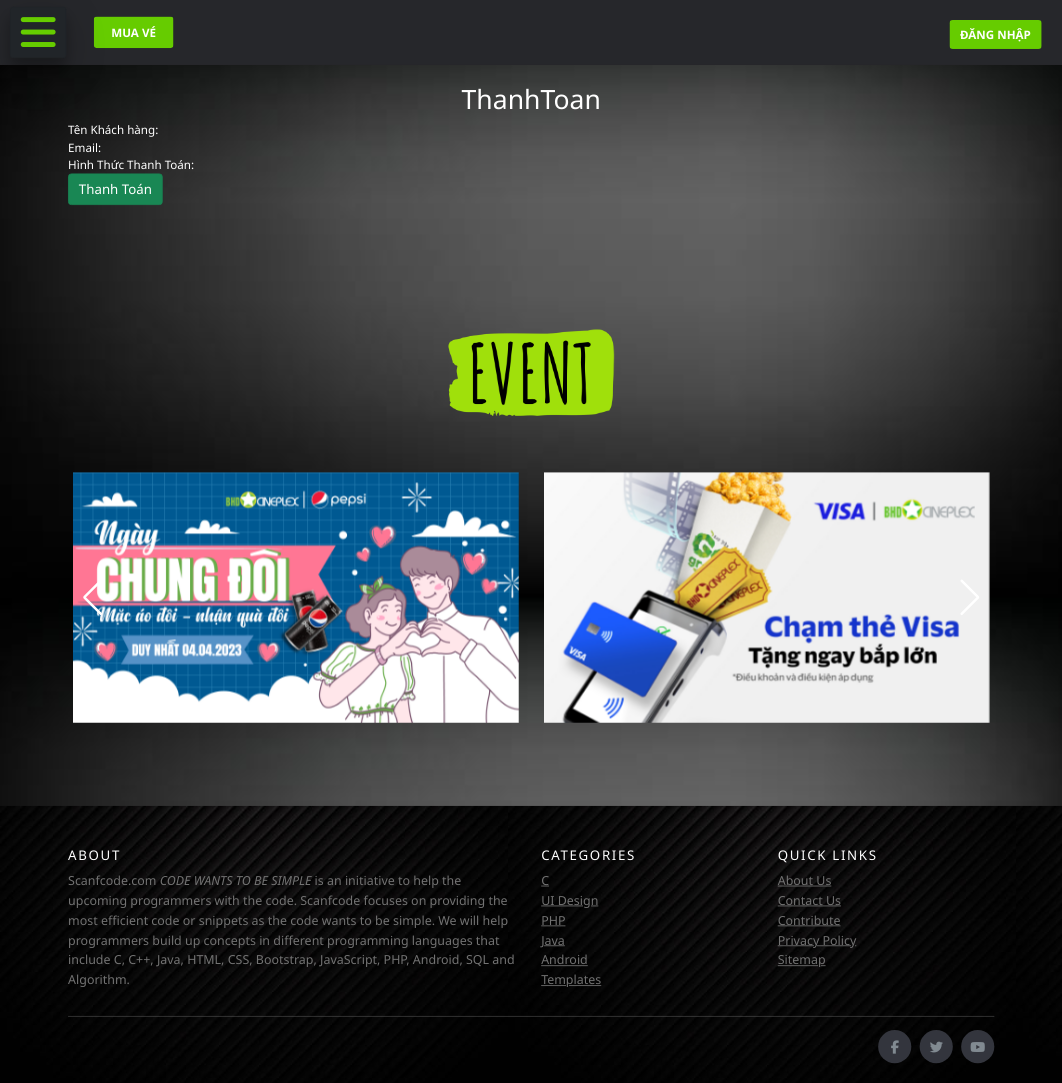
Repository: pngquang/webMovie
Page: http://localhost/Donthanhtoan
An editor plug-in stored every save of this project. The page is shown before and after the next save, followed by the edit.
The browser window is 1280 px wide. The pictures show the whole page, at 83% of full size.
Backgrounds fixed to the window are drawn as part of the page. Some web libraries are served in a nearby version. The page is served by the project's Laravel application, run on PHP 8.4 with Laravel 10. Other server files are loaded and not shown.

Above is the page before, as saved 2023-04-26 10:50:43.

### routes/web.php
<?php

use App\Http\Controllers\MovieController;
use App\Http\Controllers\AdminController;
use App\Http\Controllers\UserController;
use App\Http\Controllers\CategoryController;
use App\Http\Controllers\LoginController;
use App\Http\Controllers\ChairController;
use App\Http\Controllers\PhimController;
use App\Http\Controllers\RapController;
use App\Http\Controllers\SuatChieuController;
use App\Http\Controllers\RoomController;
use App\Http\Controllers\TicketController;
use App\Http\Controllers\DatVeController;
use Illuminate\Support\Facades\Route;

/*
|--------------------------------------------------------------------------
| Web Routes
|--------------------------------------------------------------------------
|
| Here is where you can register web routes for your application. These
| routes are loaded by the RouteServiceProvider and all of them will
| be assigned to the "web" middleware group. Make something great!
|
*/

Route::get('/', function () {
    return view('index');
});
//page
Route::get('/', [MovieController::class, 'index'])->name('index');
Route::get('/movie/{id}', [MovieController::class, 'movie'])->name('movie');



Route::get('/dangky', function () {
    return view('register');
})->name('dangky');
Route::post('/register', [UserController::class, 'register']);
Route::get('/insert-User', [UserController::class, 'insert_User']);

//admin
Route::get('/movieAdmin', function () {
    return view('movieAdmin');
})->name('movieAdmin');
Route::get('/admin', [AdminController::class, 'index']);
Route::get('/dashboard', [AdminController::class, 'show_dashboard']);
Route::get('/logout', [AdminController::class, 'logout']);
Route::post('/movieAdmin', [AdminController::class, 'dashboard']);

Route::get('/movieAddCategory', function () {
    return view('movieAddCategory');
})->name('movieAddCategory');
Route::get('/movieCategory', function () {
    return view('movieCategory');
})->name('movieCategory');
Route::get('/movieTicket', function () {
    return view('movieTicket');
})->name('movieTicket');
Route::get('/movieAddTicket', function () {
    return view('movieAddTicket');
})->name('movieAddTicket');
Route::get('/chair', function () {
    return view('chair');
})->name('chair');
Route::get('/movieAddTicket', function () {
    return view('movieAddTicket');
})->name('movieAddTicket');
Route::get('/movieLoginAdmin', function () {
    return view('movieLoginAdmin');
})->name('movieLoginAdmin');
Route::get('/suatchieu', function () {
    return view('suatchieu');
})->name('suatchieu');
Route::get('/rap', function () {
    return view('rap');
})->name('rap');
Route::get('/donDatVe', function () {
    return view('donDatVe');
})->name('donDatVe');
Route::get('/Donthanhtoan', function () {
    return view('Donthanhtoan');
})->name('Donthanhtoan');

//User
Route::get('/movieUser', [UserController::class, 'all_User'])->name('movieUser');
Route::get('/add-User', [UserController::class, 'add_User']);
Route::get('/edit-User/{IDKH}', [UserController::class, 'edit_User']);
Route::get('/delete-User/{IDKH}', [UserController::class, 'delete_User']);
Route::get('/all-User', [UserController::class, 'all_User']);
Route::post('/save-User', [UserController::class, 'save_User']);
Route::post('/update-User', [UserController::class, 'update_User']);
//Category
Route::get('/movieCategory', [CategoryController::class, 'all_Category'])->name('movieCategory');
Route::get('/add-Category', [CategoryController::class, 'add_Category']);
Route::get('/all-Category', [CategoryController::class, 'all_Category']);
Route::post('/save-Category', [CategoryController::class, 'save_Category']);
Route::get('/edit-Category/{IDTheLoai}', [CategoryController::class, 'edit_Category']);
Route::get('/delete-Category/{IDTheLoai}', [CategoryController::class, 'delete_Category']);
Route::post('/update-Category', [CategoryController::class, 'update_Category']);

//Login
Route::get('/trang-chu', [LoginController::class, 'trang_chu']);
Route::post('/index', [LoginController::class, 'dang_nhap']);
Route::get('/logout', [LoginController::class, 'logout']);
//Movie
Route::get('/movieMovie', [PhimController::class, 'all_Movie'])->name('movieMovie');
Route::get('/add-Movie', [PhimController::class, 'add_Movie']);
Route::get('/all-Movie', [PhimController::class, 'all_Movie']);
Route::post('/save-Movie', [PhimController::class, 'save_Movie']);
 //datve
Route::get('/ticket/{idd}', [DatVeController::class, 'ticket'])->name('ticket');
Route::post('/dondatve', [DatVeController::class, 'dondatve']);
Route::get('/add-donDatVe', [DatVeController::class, 'add_donDatVe']);
Route::get('/all-donDatVe', [DatVeController::class, 'all_donDatVe']);
Route::post('/save-donDatVe', [DatVeController::class, 'save_donDatVe']);
//Chair
Route::get('/chair', [ChairController::class, 'all_Chair'])->name('chair');
Route::get('/add-Chair', [ChairController::class, 'add_Chair']);
Route::get('/all-Chair', [ChairController::class, 'all_Chair']);
Route::post('/save-Chair', [ChairController::class, 'save_Chair']);
Route::get('/delete-Chair/{IDGhe}', [ChairController::class, 'delete_Chair']);
//Rạp
Route::get('/rap', [RapController::class, 'all_Rap'])->name('rap');
Route::get('/add-Rap', [RapController::class, 'add_Rap']);
Route::get('/all-Rap', [RapController::class, 'all_Rap']);
Route::post('/save-Rap', [RapController::class, 'save_Rap']);
//suatchieu
Route::get('/suatchieu', [SuatChieuController::class, 'all_SuatChieu'])->name('suatchieu');
Route::get('/add-SuatChieu', [SuatChieuController::class, 'add_SuatChieu']);
Route::get('/all-SuatChieu', [SuatChieuController::class, 'all_SuatChieu']);
Route::post('/save-SuatChieu', [SuatChieuController::class, 'save_SuatChieu']);
Route::get('/edit-SuatChieu/{IDSuatChieu}', [SuatChieuController::class, 'edit_SuatChieu']);
Route::get('/delete-SuatChieu/{IDSuatChieu}', [SuatChieuController::class, 'delete_SuatChieu']);
Route::post('/update-SuatChieu', [SuatChieuController::class, 'update_SuatChieu']);
//room
Route::get('/movieRoom', [RoomController::class, 'all_Room'])->name('movieRoom');
Route::get('/add-Room', [RoomController::class, 'add_Room']);
Route::get('/all-Room', [RoomController::class, 'all_Room']);
Route::post('/save-Room', [RoomController::class, 'save_Room']);
Route::get('/edit-Room/{IDPhongChieu}', [RoomController::class, 'edit_Room']);
Route::get('/delete-Room/{IDPhongChieu}', [RoomController::class, 'delete_Room']);
Route::post('/update-Room', [RoomController::class, 'update_Room']);
//ticket
Route::get('/movieTicket', [TicketController::class, 'all_Ticket'])->name('movieTicket');
Route::get('/add-Ticket', [TicketController::class, 'add_Ticket']);
Route::get('/all-Ticket', [TicketController::class, 'all_Ticket']);
Route::post('/save-Ticket', [TicketController::class, 'save_Ticket']);

### resources/views/Donthanhtoan.blade.php
<!DOCTYPE html>
<html lang="en">

<head>
    <meta charset="UTF-8">
    <meta name="viewport" content="width=device-width, initial-scale=1.0">
    <meta http-equiv="X-UA-Compatible" content="ie=edge">
    <title>Cinema</title>
    @include('cdn')
</head>

<body>
    <header>
        <x-navbar />
    </header>
    <div class="container" style="padding-top: 100px;padding-bottom: 100px">
        <div class="panel panel-primary">
            <div class="panel-heading">
                <h2 class="text-center">ThanhToan</h2>
            </div>
            <div class="panel-body">
                <form method="post" action="{{URL::to('index')}}" enctype="multipart/form-data">
                    @csrf
                    <div class="form-group">
                        <label for="name">Tên Khách hàng:</label>
                        <div class="movie-name" name="TenPhim">
                        </div>
                    </div>
                    <div class="form-group">
                        <label for="name">Email:
                        </label>
                        <div class="TenTheLoai" name="TenTheLoai">
                        </div>
                    </div>
                    <div class="form-group">
                        <label for="name">Hình Thức Thanh Toán:
                        </label>
                        <div class="TenTheLoai" name="TenTheLoai">

                        </div>
                    </div>
                    <button class="btn btn-success">Thanh Toán</button>
                </form>
            </div>
        </div>
    </div>
    <x-event />
    <x-footer />
</body>

</html>

### resources/views/cdn.blade.php
<!-- BOOTSTRAP 5  -->
<link href="https://cdn.jsdelivr.net/npm/bootstrap@5.0.2/dist/css/bootstrap.min.css" rel="stylesheet"
    integrity="sha384-EVSTQN3/azprG1Anm3QDgpJLIm9Nao0Yz1ztcQTwFspd3yD65VohhpuuCOmLASjC" crossorigin="anonymous">
<script src="https://cdn.jsdelivr.net/npm/@popperjs/core@2.9.2/dist/umd/popper.min.js"
    integrity="sha384-IQsoLXl5PILFhosVNubq5LC7Qb9DXgDA9i+tQ8Zj3iwWAwPtgFTxbJ8NT4GN1R8p" crossorigin="anonymous">
</script>
<script src="https://cdn.jsdelivr.net/npm/bootstrap@5.0.2/dist/js/bootstrap.min.js"
    integrity="sha384-cVKIPhGWiC2Al4u+LWgxfKTRIcfu0JTxR+EQDz/bgldoEyl4H0zUF0QKbrJ0EcQF" crossorigin="anonymous">
</script>


<!-- Font awesome  -->
<script src="https://kit.fontawesome.com/ee39434323.js" crossorigin="anonymous"></script>

<!-- Swiper -->
<script src="https://cdn.jsdelivr.net/npm/swiper@9/swiper-element-bundle.min.js"></script>

<link rel="stylesheet" href="{{ asset('css/index.css') }}">
<link rel="stylesheet" href="{{ asset('css/login.css') }}">

### resources/views/components/navbar.blade.php
<div>
    <!-- Navbar -->
    <nav class="navbar navbar-expand-lg navbar-dark d-none d-lg-block"
        style="z-index: 2000;position: fixed;width: 100%;background-color: #26272b">
        <div class="container-fluid">
            <!-- Navbar brand -->
            <div class="dropdown">
                <button class="btn btn-dark text-light bg-dark" type="button" id="dropdownMenuButton1"
                    data-bs-toggle="dropdown" aria-expanded="false"
                    style="margin-right: 20px;background: black;box-shadow: 0 12px 16px 0 rgba(0,0,0,0.24), 0 17px 50px 0 rgba(0,0,0,0.19);">
                    <i class="fa-sharp fa-solid fa-bars fa-3x" style="color:#66CC00;"></i>
                </button>
                <ul class="dropdown-menu bg-dark" aria-labelledby="dropdownMenuButton1"
                    style="width: 300px;height: 300px;">
                    <li><a class="dropdown-item" href="{{ route('index') }}">TRANG CHỦ</a></li>
                    <li><a class="dropdown-item" href="#">LỊCH CHIẾU</a></li>
                    <li><a class="dropdown-item" href="#">HỆ THỐNG RẠP</a></li>
                    <li><a class="dropdown-item" href="#">KHUYỄN MÃI</a></li>
                    <li><a class="dropdown-item" href="#">TUYỂN DỤNG</a></li>
                    <li><a class="dropdown-item" href="#">VỀ CHÚNG TÔI</a></li>
                </ul>
            </div>
            <div class="collapse navbar-collapse" id="navbarExample01">
                <ul class="navbar-nav me-auto mb-2 mb-lg-0">
                    <li class="nav-item active">
                        <button type="button" class="btn btn-muave" style="background: #66CC00;">
                            <a href="#"
                                style="font-weight: bold;color: white;text-decoration: none;font-size: 14px;padding: 8px;">MUA
                                VÉ</a>
                        </button>
                    </li>
                </ul>
                <ul class="navbar-nav list-inline">
                    {{-- <!-- Icons -->
                    <li class="nav-item">
                        <a class="nav-link" href="#" rel="nofollow" target="_blank">
                            <i class="fab fa-youtube fa-xl"></i>
                        </a>
                    </li>
                    <li class="nav-item">
                        <a class="nav-link" href="#" rel="nofollow" target="_blank">
                            <i class="fab fa-facebook-f fa-xl"></i>
                        </a>
                    </li>
                    <li class="nav-item">
                        <a class="nav-link" href="#" rel="nofollow" target="_blank">
                            <i class="fab fa-twitter fa-xl"></i>
                        </a>
                    </li> --}}
                    <li class="nav-item">
                        <?php
                        $data_admin=Session::get('data_admin');
                        ?>
                        @if($data_admin=="")
                        <!-- Button trigger modal -->
                        <button type="button" class="btn btn-dangnhap" data-bs-toggle="modal"
                            data-bs-target="#ModalForm"
                            style="font-weight: bold;color: white;text-decoration: none;font-size: 14px;padding: 6px 12px;margin-top: 5px;background: #66CC00">
                            ĐĂNG NHẬP
                        </button>
                    </li>
                    @else <li class="nav-item">
                        <a class="nav-link"
                            style="font-weight: bold;color: white;text-decoration: none;font-size: 14px;padding: 6px 12px;margin-top: 5px;background: #66CC00">
                            Xin chào {{$data_admin->TenKH??""}}</a>

                        <a href="{{URL::to('/logout')}}" class="btn btn-dangnhap"
                            ed87dfc7375bcafdd0d6a89d3e233bcbca9d1293 style="font-weight: bold;color: white;text-decoration: none;font-size: 14px;padding: 6px
                                12px;margin-top: 5px;background: #66CC00">
                            ĐĂNG XUẤT
                        </a>
                        @endif
                        <x-login />

                    </li>
                </ul>
            </div>
        </div>
    </nav>
    <!-- Navbar -->
</div>

### resources/views/components/login.blade.php
<div class="modal fade" id="ModalForm" tabindex="-1" aria-labelledby="ModalFormLabel">
    <div class="modal-dialog modal-dialog-centered">
      <div class="modal-content">
        <div class="modal-body">
            <button type="button" class="btn-close btn-close-white" data-bs-dismiss="modal" aria-label="Close"></button>
            <div class="myform bg-dark">
                <h1 class="text-center">Đăng nhập</h1>
                <form action="{{URL::to('/index')}}" id="formlogin" method="post">
                    @csrf
                    <div class="mb-3 mt-4">
                        <label for="exampleInputEmail1" class="form-label">Email</label>
                        <input type="email" name ="Username" class="form-control" id="exampleInputEmail1" aria-describedby="emailHelp">
                    </div>
                    <div class="mb-3">
                        <label for="exampleInputPassword1" class="form-label">Mật khẩu</label>
                        <input type="password" name ="Password" class="form-control" id="exampleInputPassword1">
                    </div>
                    <div class="mb-3" style= "color:red;font-weigh:500px">
                    <?php
                        $message = Session::get('message');
                        if($message){
                            echo $message;
                            Session::put('message',null);
                        }
                        ?>
                    </div>

                    <button type="submit" class="btn btn-light mt-3">Đăng nhập</button>
                    <p>Không phải thành viên? <a href="{{ route('dangky') }}">Đăng ký ngay</a></p>
                </form>
            </div>
        </div>
      </div>
    </div>
</div>

### resources/views/components/event.blade.php
<style>
    .event-title {
        text-align: center;
        align-items: center;
        justify-content: center;
    }

    .swiper-event swiper-slide a img {
        width: 100%;
    }
</style>

<div class="container-fluid" style="width: 90%;padding-bottom: 100px;padding-top: 50px">
    <h3 class="event-title"><img src="{{ asset('images/eventtittle.png') }}" alt=""
            style="width: 200px;margin-bottom: 60px"></h3>
    <div class="swiper-event container">
        <swiper-container class="mySwiper" slides-per-view="2" space-between="30" free-mode="true" navigation="true"
            loop="true" style="--swiper-navigation-color: white;">
            <swiper-slide>
                <a href=""><img src="{{ asset('images/event1.png') }}" alt=""></a>
            </swiper-slide>
            <swiper-slide>
                <a href=""><img src="{{ asset('images/event2.jpg') }}" alt=""></a>
            </swiper-slide>
            <swiper-slide>
                <a href=""><img src="{{ asset('images/event3.png') }}" alt=""></a>
            </swiper-slide>
            <swiper-slide>
                <a href=""><img src="{{ asset('images/event4.png') }}" alt=""></a>
            </swiper-slide>
        </swiper-container>
    </div>
</div>

### public/css/index.css
.navbar .nav-link {
    color: white !important;
}

*/ html,
body {
    position: relative;
    height: 100%;
}

body {
    height: 100%;
    font-family: 'Segoe UI', Tahoma, Geneva, Verdana, sans-serif;
    font-size: 14px;
    color: #000;
    margin: 0;
    padding: 0;
    color: white !important;
    background: url(../images/background.jpg);
    background-repeat: no-repeat;
    background-size: cover;
    background-attachment: fixed;
}

.dropdown-item {
    color: #66CC00 !important;
    font-weight: bold;
    font-size: large;
    padding: 10px;
    padding-left: 40px;
}

nav .dropdown .dropdown-item:hover {
    background-color: black;
}

.nav-item {
    margin-left: 13px;
    margin-right: 13px;
}

.btn-muave:hover,
.btn-dangnhap:hover {
    background-color: #60CC00;
    box-shadow: 0 2px #404040;
    transform: translateY(2px);
}

/* .btn-muave:hover,
.btn-dangnhap:active {
    background-color: #60CC00;
    box-shadow: 0 2px #404040;
    transform: translateY(2px);
} */

.nav {
    justify-content: center;
    align-items: center;
}

.nav-item {
    justify-content: center;
    align-items: center;
}

.nav-link:focus,
.nav-link:hover {
    color: #66CC00;
}

.nav-pills .nav-link.active,
.nav-pills .show>.nav-link {
    color: #fff;
    background-color: #66CC00;
}

.nav-link {
    text-decoration: none;
    color: white;
    font-weight: bold;
    text-align: center;
    font-size: 20px;
}

swiper-container {
    width: 100%;
    height: 100%;
}

swiper-slide {
    text-align: center;
    font-size: 18px;
    display: flex;
    justify-content: center;
    align-items: center;
}

swiper-slide img {
    display: block;
    width: 100%;
    height: 100%;
    object-fit: cover;
    transition: .3s ease-in-out;
}

#pills-tabContent {
    padding-bottom: 60px;
}

.tab-content>.active {
    display: block;
    margin-top: 50px;
}

.product-name {
    font-weight: bold;
    text-decoration: none;
    text-align: center;
    font-size: 20px;
    color: white;
}

.product-name:hover {
    color: #66CC00;
}

.product-slide img:hover {
    transform: scale(1.1);
}

### public/css/login.css
.modal-content {
    width: 80%;
    margin: 0 auto;
  }
  .modal-body {
    padding: 0;
  }
  .btn-close {
    position: absolute;
    right: 0;
    padding: 1em;
  }
  h1 {
    font-size: 2.3em;
    font-weight: bold;
  }
  .myform {
    padding: 2em;
    max-width: 100%;
    color: #fff;
    box-shadow: 0 4px 6px 0 rgba(22, 22, 26, 0.18);
  }
  @media (max-width: 576px) {
    .myform {
      max-width: 90%;
      margin: 0 auto;
    }
  }
  .form-control:focus {
    box-shadow: inset 0 -1px 0 #7e7e7e;
  }
  .form-control {
    background-color: inherit;
    color: #fff;
    padding-left: 0;
    border: 0;
    border-radius: 0;
    border-bottom: 1px solid #fff;
  }
  .myform .btn {
    width: 100%;
    font-weight: 800;
    background-color: #fff;
    border-radius: 0;
    padding: 0.5em 0;
    font-family: 'Segoe UI', Tahoma, Geneva, Verdana, sans-serif;
  }
  .myform .btn:hover {
    background-color: inherit;
    color: #fff;
    border-color: #fff;
  }
  .myform p {
    text-align: center;
    padding-top: 2em;
    color: grey;
  }
  .myform p a {
    color: #e1e1e1;
    text-decoration: none;
  }
  .myform p a:hover {
    color: #fff;
  }

### app/View/Components/event.php
<?php

namespace App\View\Components;

use Closure;
use Illuminate\Contracts\View\View;
use Illuminate\View\Component;

class event extends Component
{
    /**
     * Create a new component instance.
     */
    public function __construct()
    {
        //
    }

    /**
     * Get the view / contents that represent the component.
     */
    public function render(): View|Closure|string
    {
        return view('components.event');
    }
}

Loaded but not shown: app/View/Components/navbar.php (common file); app/View/Components/footer.php (common file); resources/views/components/footer.blade.php (226 lines, source omitted)

After the next save:
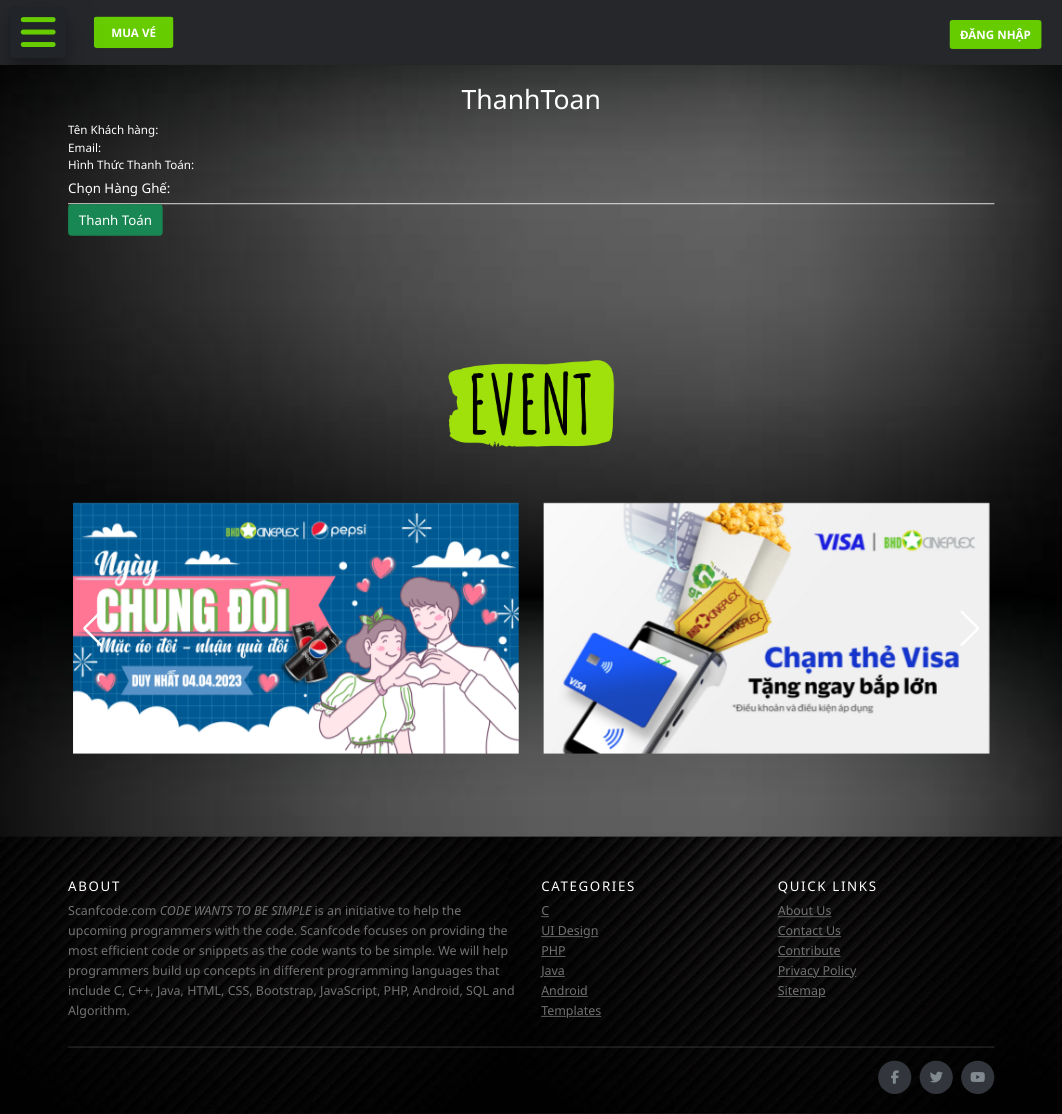
Saved 33 min 8 s later.
--- a/resources/views/Donthanhtoan.blade.php
+++ b/resources/views/Donthanhtoan.blade.php
@@ -35,9 +35,15 @@
                     <div class="form-group">
                         <label for="name">Hình Thức Thanh Toán:
                         </label>
-                        <div class="TenTheLoai" name="TenTheLoai">
+                        <select name="HangGhe" id="" class="form-control">
+                            <option value=" ">Chọn Hàng Ghế:</option>
 
-                        </div>
+                            <option value="momo">Ví điện tử momo </option>
+                            <option value="zalopay">ZaloPay </option>
+                            <option value="vnpay">VNPay</option>
+                            <option value="taiquay">Thanh Toán Khi nhận vé</option>
+
+                        </select>
                     </div>
                     <button class="btn btn-success">Thanh Toán</button>
                 </form>
